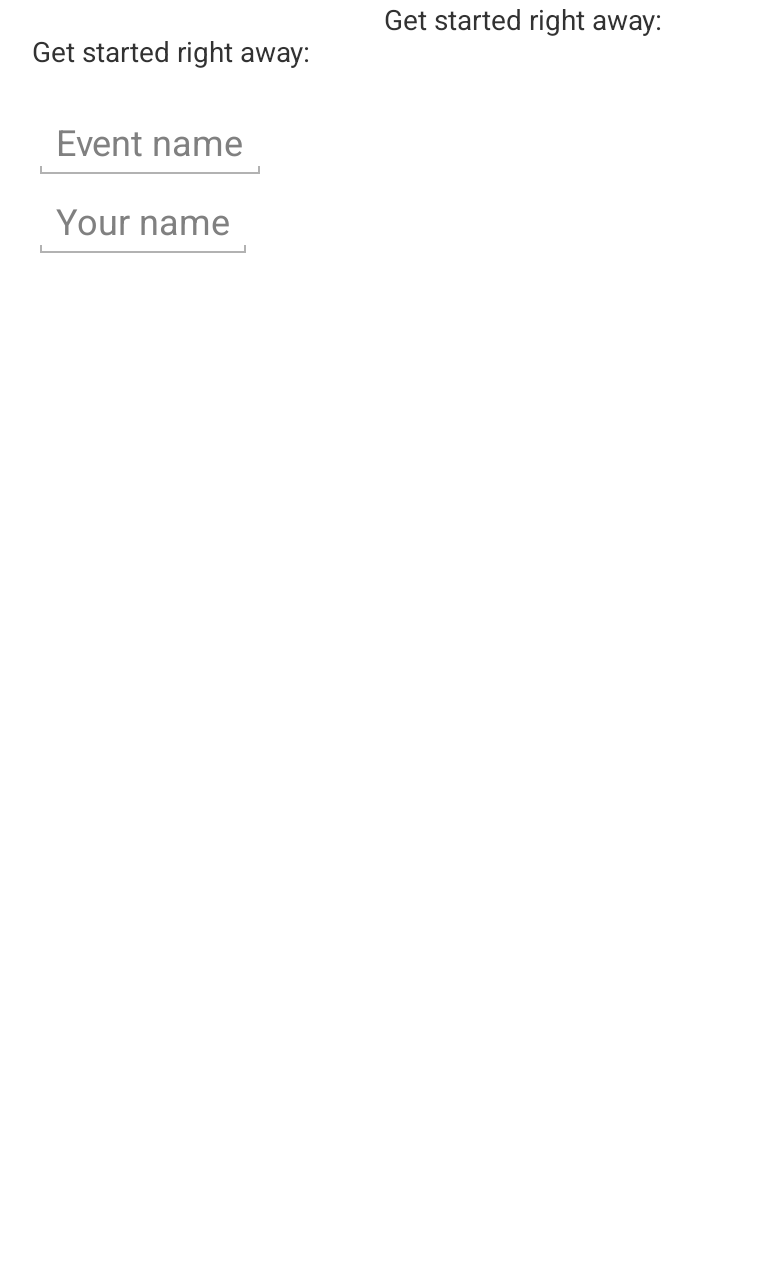
Repository: Raytray/WTFIIMC
Layout: Android/WTFIIMC/res/layout/activity_main.xml
The author's editor kept a copy of each file at every save. The layout is drawn from the files as they stood at one save, then again after the next save.
It is drawn on a 768 x 1280 px phone screen (xhdpi) without system bars, with theme AppTheme; the app's code is not run.

Above is the layout before, as saved 2013-10-28 02:08:27.

### Android/WTFIIMC/res/layout/activity_main.xml
<TableLayout xmlns:android="http://schemas.android.com/apk/res/android"
			    xmlns:tools="http://schemas.android.com/tools"
    android:layout_width="fill_parent"
    android:layout_height="fill_parent"
    android:stretchColumns="1" >
    <TableRow>
        <FrameLayout
                android:layout_height="wrap_content"
                android:layout_width="0dp"
                android:layout_weight="1">
	    	<LinearLayout
			    android:layout_width="match_parent"
			    android:layout_height="match_parent"
			    android:paddingBottom="@dimen/activity_vertical_margin"
			    android:paddingLeft="@dimen/activity_horizontal_margin"
			    android:paddingRight="@dimen/activity_horizontal_margin"
			    android:paddingTop="@dimen/activity_vertical_margin"
			    android:orientation="vertical"
			    tools:context=".MainActivity" >

			    <TextView
			        android:layout_width="wrap_content"
			        android:layout_height="wrap_content"
			        android:text="@string/hello_world" />
				<EditText android:id="@+id/event_name"
			        android:layout_width="wrap_content"
			        android:layout_height="wrap_content"
			        android:hint="@string/prompt_event_name" />
				<EditText android:id="@+id/owner_name"
			        android:layout_width="wrap_content"
			        android:layout_height="wrap_content"
			        android:hint="@string/prompt_owner_name" />

			</LinearLayout>
		</FrameLayout>
		<FrameLayout
                android:layout_height="wrap_content"
                android:layout_width="0dp"
                android:layout_weight="1">
	    	<TextView
			        android:layout_width="wrap_content"
			        android:layout_height="wrap_content"
			        android:text="@string/hello_world" />
	    </FrameLayout>

    </TableRow>

</TableLayout>

### Android/WTFIIMC/res/values/strings.xml
<?xml version="1.0" encoding="utf-8"?>
<resources>

    <string name="app_name">WTFIIMC</string>
    <string name="action_settings">Settings</string>
    <string name="hello_world">Get started right away:\n</string>

    <string name="prompt_event_name">Event name</string>
    <string name="prompt_owner_name">Your name</string>
    <string name="button_send">Send</string>
    <string name="title_activity_main">MainActivity</string>
</resources>

Loaded but not shown: Android/WTFIIMC/res/values/styles.xml (common file); Android/WTFIIMC/res/values-v11/styles.xml (common file); Android/WTFIIMC/res/values-v14/styles.xml (common file); Android/WTFIIMC/res/values/dimens.xml (common file)

After the next save:
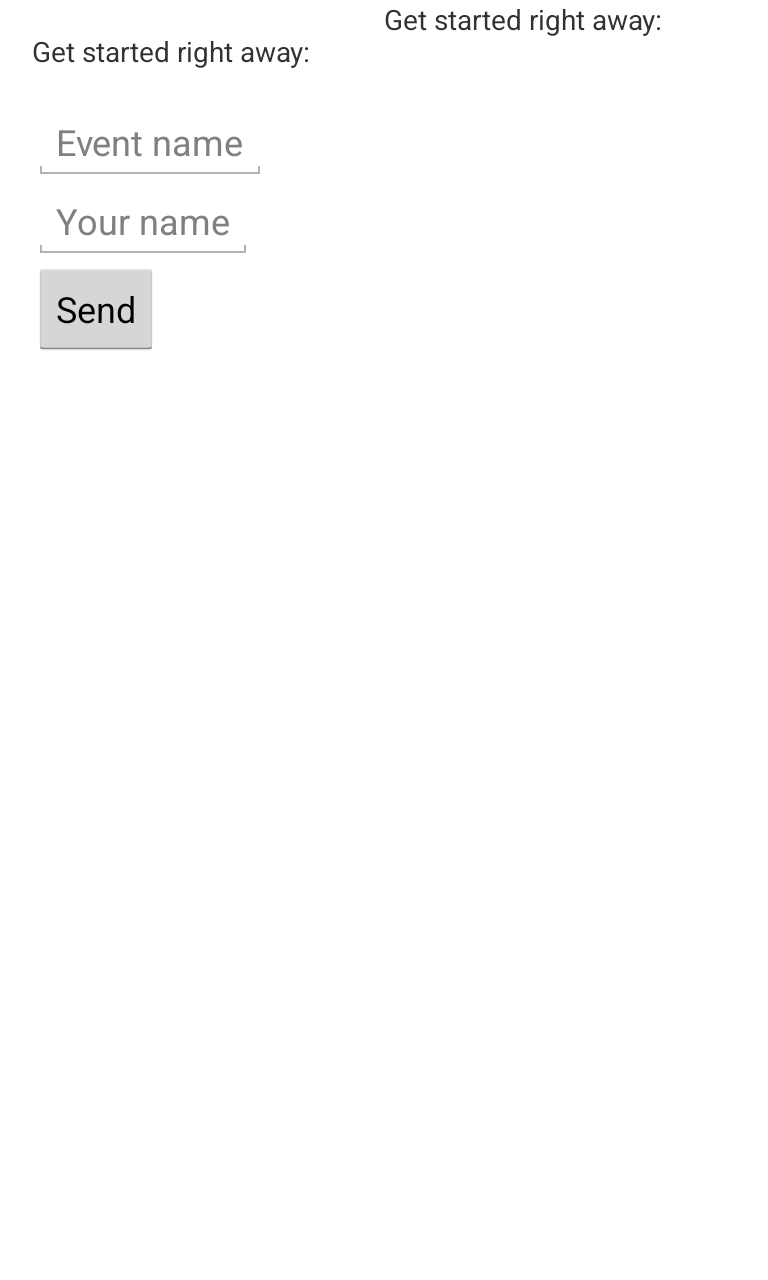
Saved 2 min 26 s later.
--- a/Android/WTFIIMC/res/layout/activity_main.xml
+++ b/Android/WTFIIMC/res/layout/activity_main.xml
@@ -30,7 +30,10 @@
 			        android:layout_width="wrap_content"
 			        android:layout_height="wrap_content"
 			        android:hint="@string/prompt_owner_name" />
-
+				 <Button
+			        android:layout_width="wrap_content"
+			        android:layout_height="wrap_content"
+			        android:text="@string/button_send" />
 			</LinearLayout>
 		</FrameLayout>
 		<FrameLayout
